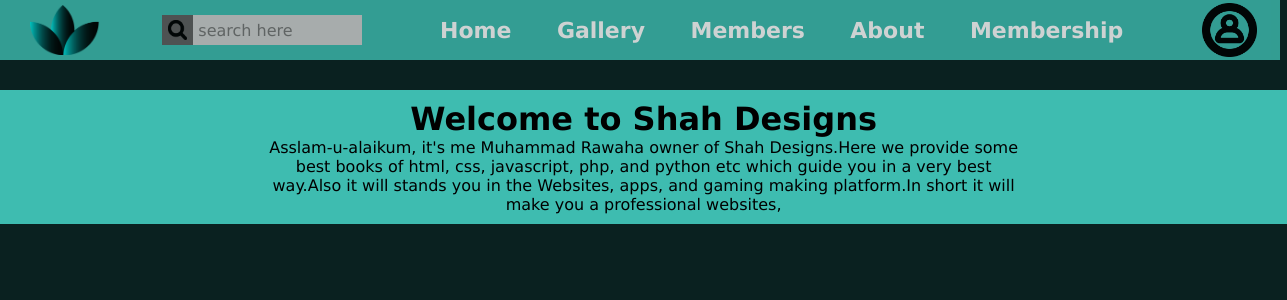
Repository: RawahaMR11/my_assignments
Page: rawaha computer/Shah Designs web/Shah home page.html
The author's editor kept a copy of each file at every save. The page is drawn from the files as they stood at one save, then again after the next save.
The browser window is 1280 px wide. The page is 1287 px wide, then 1281 px, so the pictures cover 1287 px, including what lies to the right of the window. The pictures show the whole page.

Above is the page before, as saved 2024-12-12 20:06:46.

After the next save:
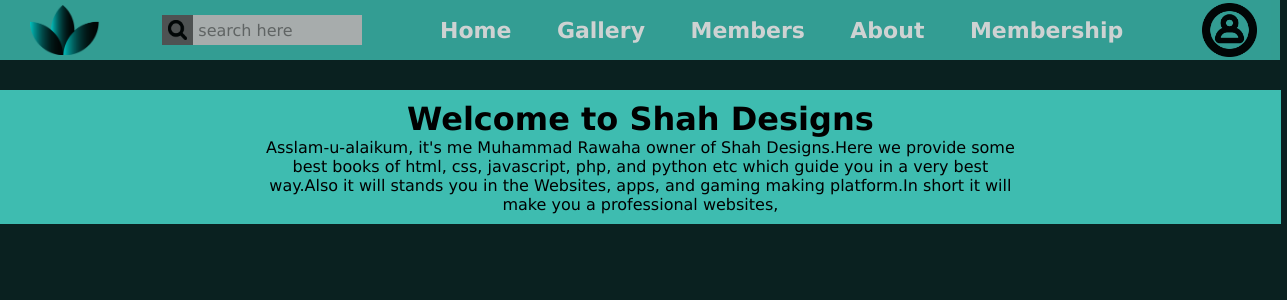
Saved 7 s later.
--- a/rawaha computer/Shah Designs web/Shah home page.css
+++ b/rawaha computer/Shah Designs web/Shah home page.css
@@ -158,7 +158,7 @@ header {
       cursor: pointer;
 }
 .wrapper {
-      width: 99%;
+      width: 98.5%;
       height: auto;
       background-color:rgb(62, 188, 176);
       display: flex;
